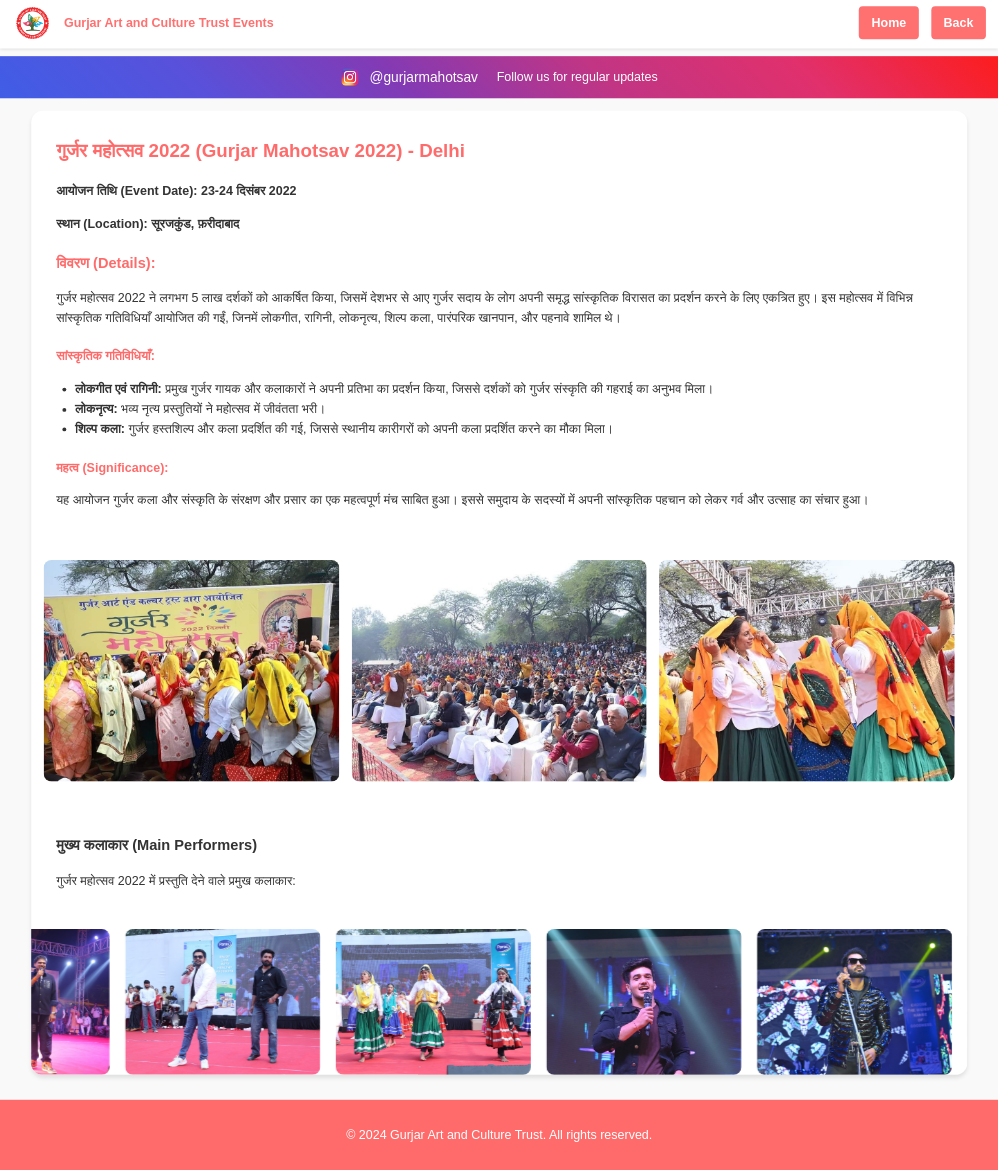
Repository: thegurjararyan/website-master
Page: eventspage/GM1.html
These files come from the project's save history. The page is drawn as it stood at one moment and after the next save; the edit follows.
The browser window is 1280 px wide. The pictures show the whole page, at 78% of full size.

Above is the page before, as saved 2024-11-08 19:14:58.

After the next save:
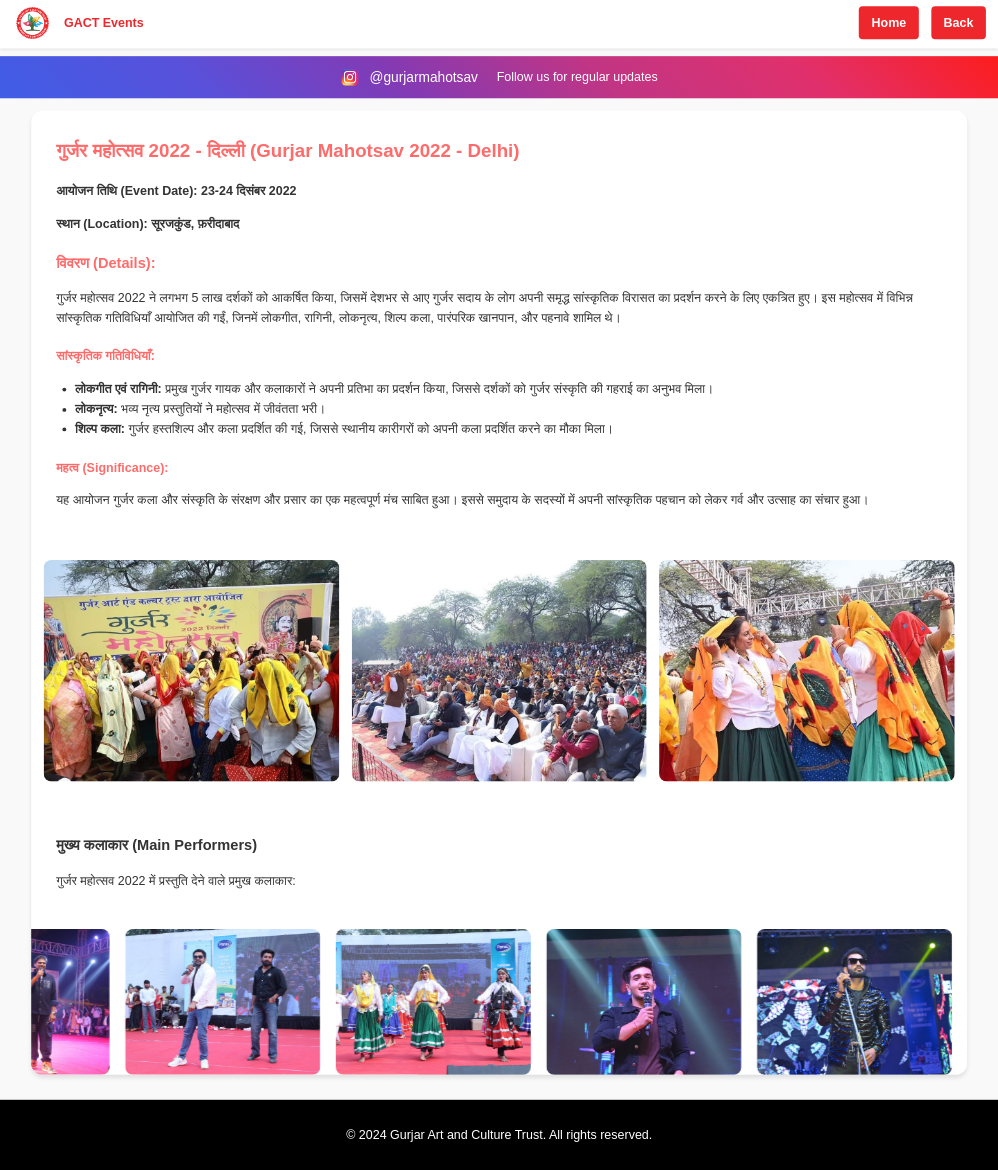
Saved 105 s later.
--- a/eventspage/GM1.html
+++ b/eventspage/GM1.html
@@ -44,14 +44,14 @@
         .title {
             font-size: 1rem; /* reduced from 1.2rem */
             font-weight: bold;
-            color: var(--primary-color);
+            color: #ed1f24;
         }
         .nav-buttons {
             display: flex;
             gap: 1rem;
         }
         .btn {
-            background-color: var(--primary-color);
+            background-color: #ed1f24;
             color: #ffffff;
             padding: 0.5rem 1rem;
             text-decoration: none;
@@ -162,7 +162,7 @@
             cursor: pointer;
         }
         footer {
-            background-color: var(--primary-color);
+            background-color: #000000;
             color: #ffffff;
             text-align: center;
             padding: 1rem;
@@ -281,7 +281,7 @@
     <nav class="navbar">
         <div class="logo-title">
             <img src="../assets/logo.png" alt="Gurjar Arts and Culture Trust Logo" class="logo">
-            <span class="title">Gurjar Art and Culture Trust Events</span>
+            <span class="title">GACT Events</span>
         </div>
         <div class="nav-buttons">
             <a href="../index.html" class="btn">Home</a>
@@ -298,7 +298,7 @@
     <div class="container">
         <div class="event">
             <div class="event-info">
-                <h2>गुर्जर महोत्सव 2022 (Gurjar Mahotsav 2022) - Delhi</h2>
+                <h2>गुर्जर महोत्सव 2022 - दिल्ली (Gurjar Mahotsav 2022 - Delhi)</h2>
                 <p class="event-date"><strong>आयोजन तिथि (Event Date):</strong> 23-24 दिसंबर 2022</p>
                 <p class="event-location"><strong>स्थान (Location):</strong> सूरजकुंड, फ़रीदाबाद</p>
                 <div class="event-details">
